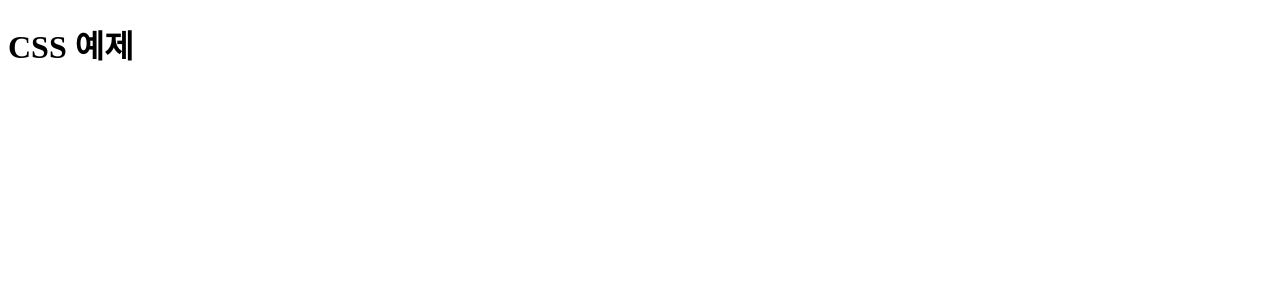
Repository: WonSeungUn/VSCODE
Page: web_work/CSS/WebContent/index.html
An editor plug-in stored every save of this project. The page is shown before and after the next save, followed by the edit.
The browser window is 1280 px wide. The pictures show the whole page.

Above is the page before, as saved 2024-07-09 00:26:02.

### web_work/CSS/WebContent/index.html
<!DOCTYPE html>
<html>
<head>
<meta charset="UTF-8">
<title>Insert title here</title>
</head>
<body>
	<h1>CSS 예제</h1>
</body>
</html>

After the next save:
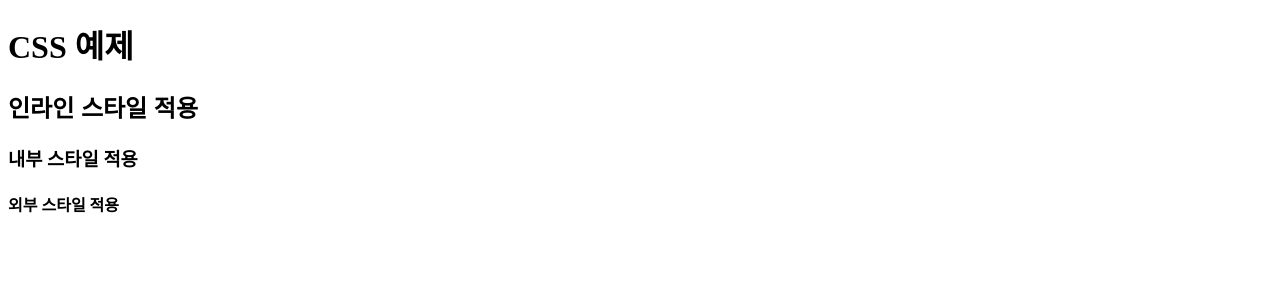
Saved 2 min 57 s later.
--- a/web_work/CSS/WebContent/index.html
+++ b/web_work/CSS/WebContent/index.html
@@ -6,5 +6,13 @@
 </head>
 <body>
 	<h1>CSS 예제</h1>
+
+	<h2 style="font-family: sans-serif;">인라인 스타일 적용</h2>
+
+
+
+	<h3>내부 스타일 적용</h3>
+
+	<h4>외부 스타일 적용</h4>
 </body>
 </html>
